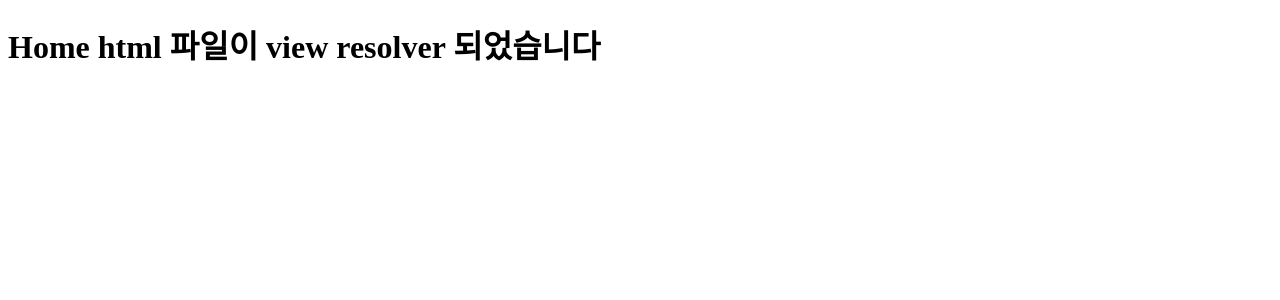
Repository: LegdayDev/Springboot-study
Page: demo/src/main/webapp/WEB-INF/views/home.html
An editor plug-in stored every save of this project. The page is shown before and after the next save, followed by the edit.
The browser window is 1280 px wide. The pictures show the whole page.

Above is the page before, as saved 2022-08-24 06:45:15.

After the next save:
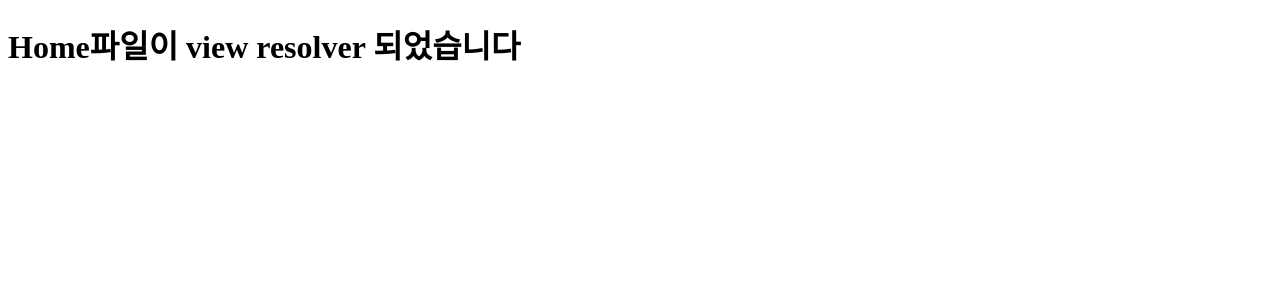
Saved 2 min 23 s later.
--- a/demo/src/main/webapp/WEB-INF/views/home.html
+++ b/demo/src/main/webapp/WEB-INF/views/home.html
@@ -5,6 +5,6 @@
 <title>Insert title here</title>
 </head>
 <body>
-	<h1>Home html 파일이 view resolver 되었습니다</h1>
+	<h1>Home파일이 view resolver 되었습니다</h1>
 </body>
 </html>
